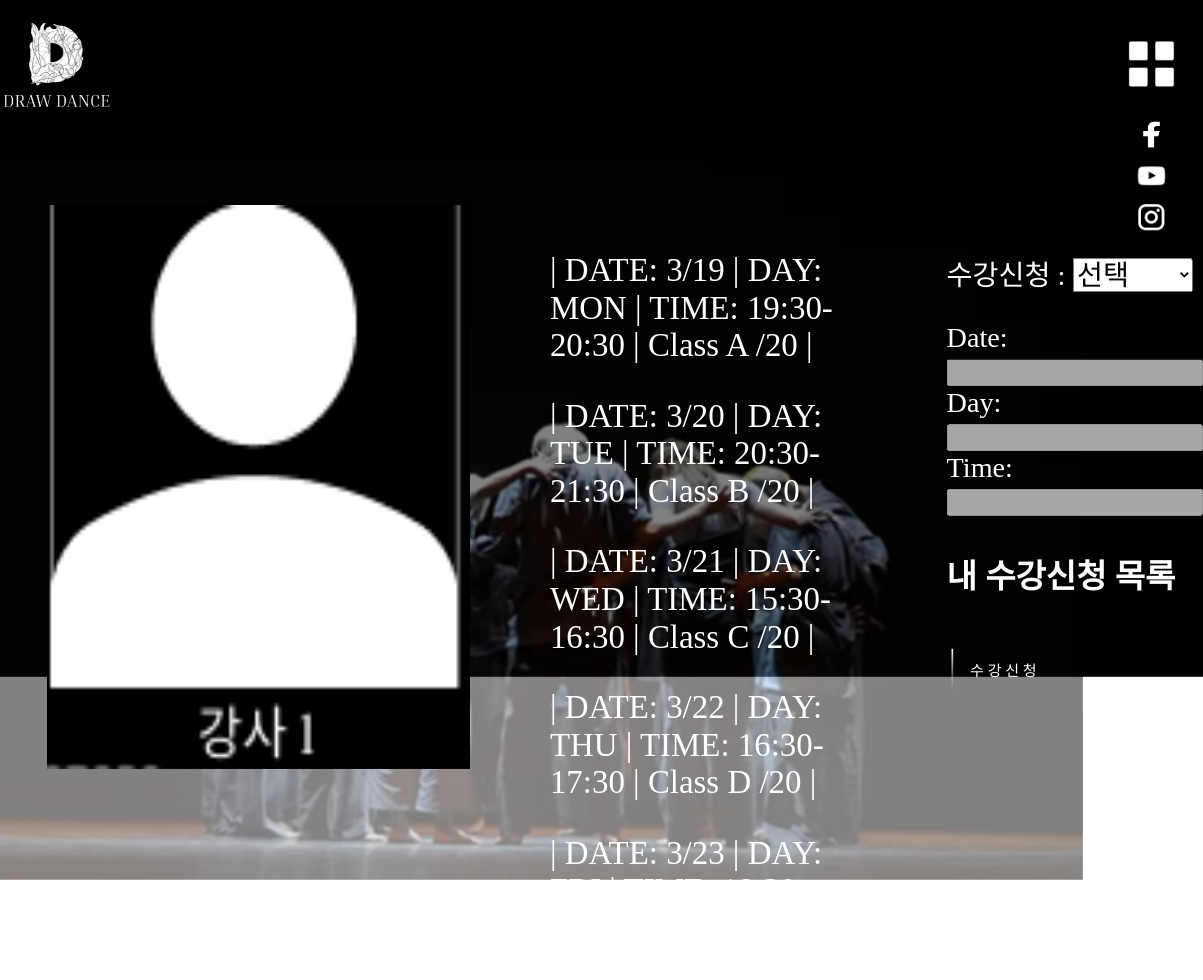
Repository: seonghun9906/semiProject
Page: http://localhost/drawAcademy/WEB-INF/views/Class/class1.jsp
An editor plug-in stored every save of this project. The page is shown before and after the next save, followed by the edit.
The browser window is 1280 px wide. The pictures show the whole page, at 94% of full size.
The page is served by Tomcat 9. Nobody is signed in. The template is opened directly, without the code that normally fills it, so the values that code supplies are empty.

Above is the page before, as saved 2024-02-28 02:36:12.
Console error: SyntaxError: Unexpected token ','

After the next save:
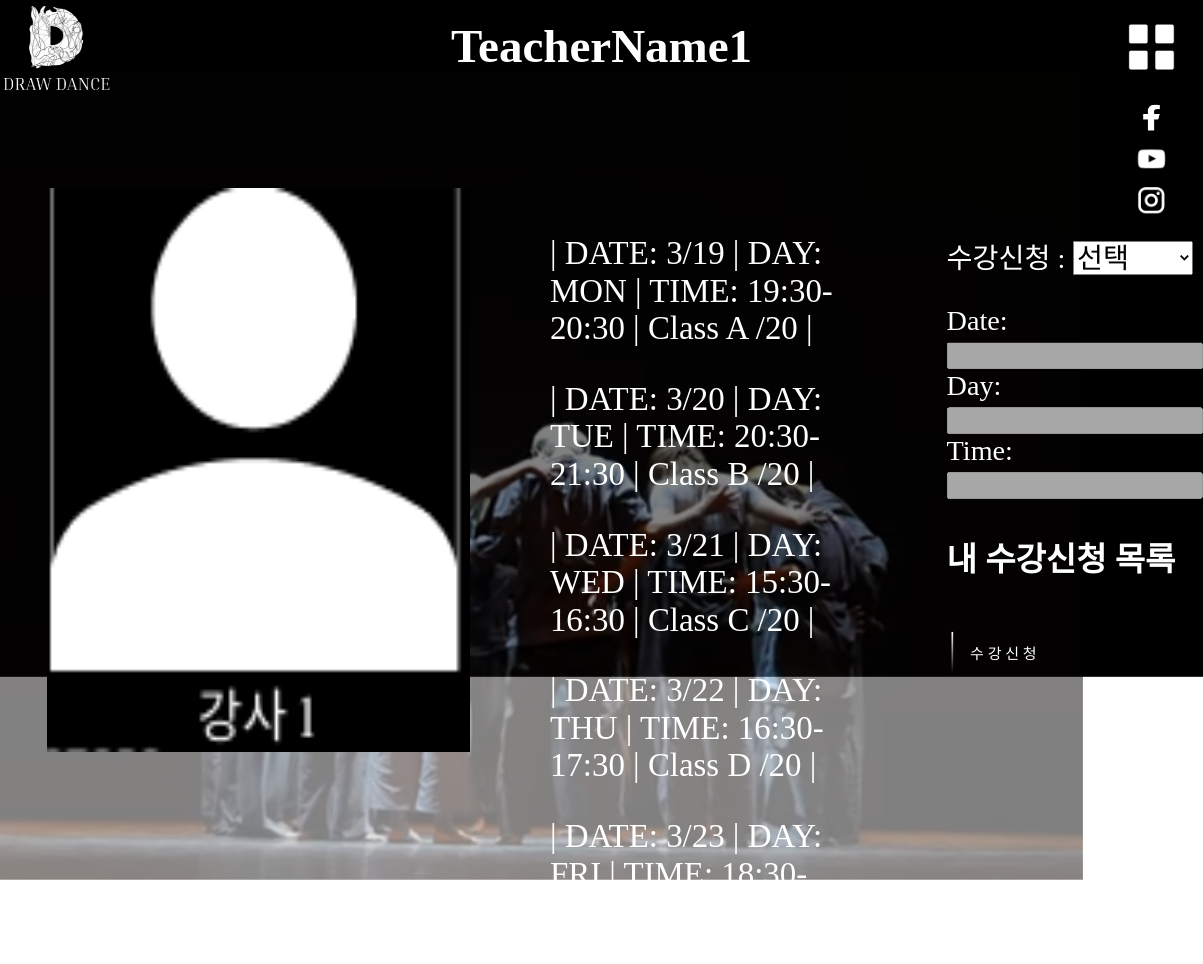
Saved 3 min 30 s later.
--- a/drawAcademy/src/main/webapp/resources/css/class1.css
+++ b/drawAcademy/src/main/webapp/resources/css/class1.css
@@ -16,7 +16,16 @@
     object-fit: cover;
     opacity: 0.5; /* 0부터 1까지의 값으로 투명도를 지정합니다. 0은 완전 투명, 1은 완전 불투명입니다. */
 }
-
+.title {
+   width: 100%; /* 컨테이너의 너비를 화면 전체로 설정 */
+   position: absolute; /* 화면 아래에 고정시킵니다. */
+   text-align: center; /* 내부 텍스트를 가운데 정렬합니다. */
+   padding: 20px; /* 내부 여백 설정 (예시) */
+   box-sizing: border-box; /* 패딩이 포함된 전체 너비/높이 계산 */
+   color: #ffffff;
+   font-size: 50px;
+   font-weight: bold;
+}
 .bodyMain {
    position: absolute;
    background-color: #000000;
